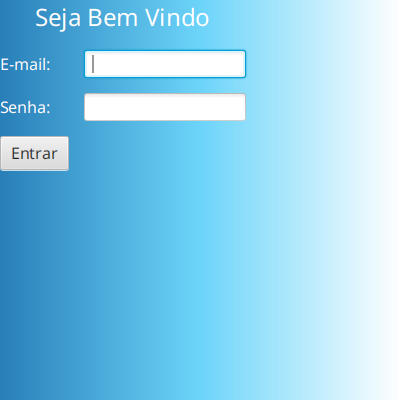
Repository: AlanVidalll/Curso-Java-Completo
Program's window: java exercicios-javafx/src/fxmll/AppFXML.java
These files come from the project's save history. The program's window is drawn as it stood at one moment and after the next save; the edit follows.
It runs on Java 21 on a 1366 x 768 screen with JavaFX 11; the title bar is not drawn.

Above is the program's window before, as saved 2020-04-12 13:11:07.

After the next save:
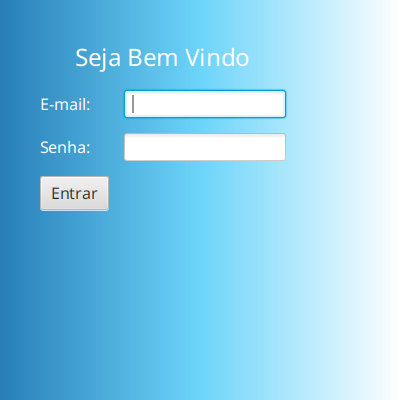
Saved 2 min 21 s later.
--- a/exercicios-javafx/src/fxmll/Login.fxml
+++ b/exercicios-javafx/src/fxmll/Login.fxml
@@ -1,5 +1,6 @@
 <?xml version="1.0" encoding="UTF-8"?>
 
+<?import javafx.geometry.Insets?>
 <?import javafx.scene.layout.*?>
 <?import javafx.scene.control.*?>
 
@@ -7,7 +8,9 @@
 fx:controller="fxmll.LoginControlador"
 styleClass="login" hgap="15" vgap="15">
 
-
+     <padding>
+     <Insets  left="40" right="40" top="40" bottom="40"/>
+     </padding>
 
 
 <Label text="Seja Bem Vindo"
